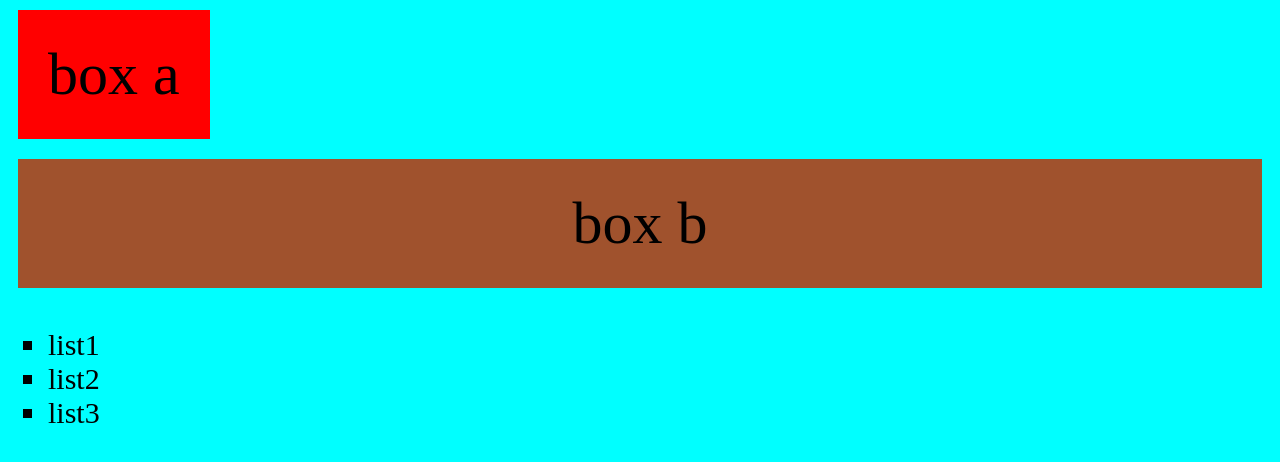
Repository: asifdotpy/testing-html-and-css
Page: index.html
These files come from the project's save history. The page is drawn as it stood at one moment and after a run of saves; the edit follows.
The browser window is 1280 px wide. The pictures show the whole page.

Above is the page before, as saved 2021-02-14 21:44:54.

After the next 2 saves:
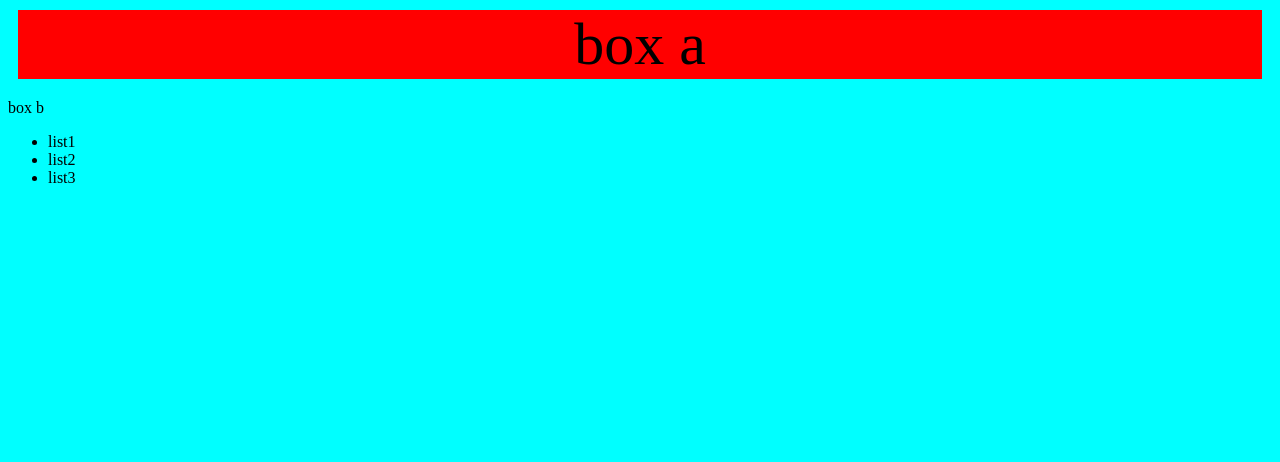
The 2 saves are shown as one change because they came seconds apart.
The last was saved 23 s later.
--- a/main.css
+++ b/main.css
@@ -7,7 +7,7 @@ div.a {
     margin: 10px 10px 20px;
     background-color: red;
     text-align: center;
-    padding: 30px;
+    /*padding: 30px;
     width: fit-content;
 }
 
